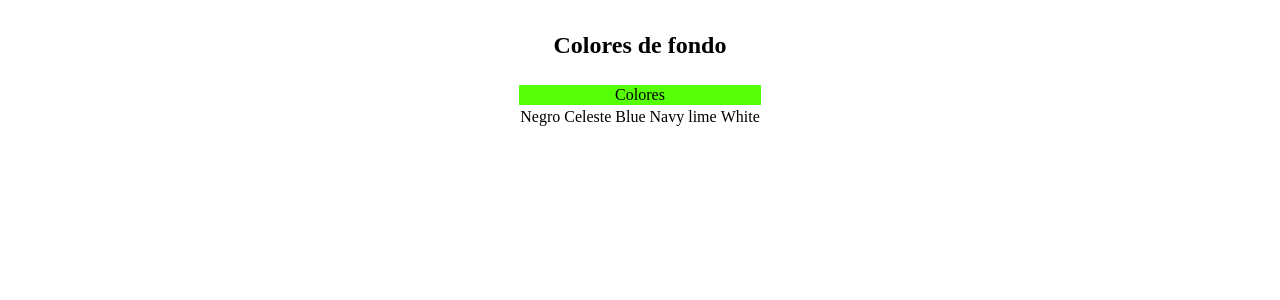
Repository: ThePerez/ArgProg
Page: Practicas ArgProg/Practica 3/Ejercicio 5/index.html
The author's editor kept a copy of each file at every save. The page is drawn from the files as they stood at one save, then again after a run of saves.
The browser window is 1280 px wide. The pictures show the whole page.

Above is the page before, as saved 2023-03-14 12:03:16.

### Practicas ArgProg/Practica 3/Ejercicio 5/index.html
<!DOCTYPE html>
<html lang="en">

<head>
     <meta charset="UTF-8">
     <meta http-equiv="X-UA-Compatible" content="IE=edge">
     <meta name="viewport" content="width=device-width, initial-scale=1.0">
     <title>Ejercicio 5</title>
     <link rel="stylesheet" href="styles.css">
</head>

<body>
     <div class="principal">
          <p id="title">Colores de fondo</p>
          <table class="table">
               <tr>
                    <td id="colores" colspan="7">Colores</td>
               </tr>

               <tr>
                    <td id="black">Negro</td>
                    <td id="celeste">Celeste</td>
                    <td id="blue">Blue</td>
                    <td id="navy">Navy</td>
                    <td id="lime">lime</td>
                    <td id="white">White</td>
               </tr>
          </table>
     </div>
</body>

</html>

### Practicas ArgProg/Practica 3/Ejercicio 5/styles.css
#title{
     font-weight: bold;
     font-size: x-large;
     text-align: center;
}

.principal{
     display: grid;
     place-content: center;
     weig
}

.table{
     border: 1px;
}

#colores{
     background-color: rgb(86, 255, 8);
     text-align: center;
}

After the next 3 saves:
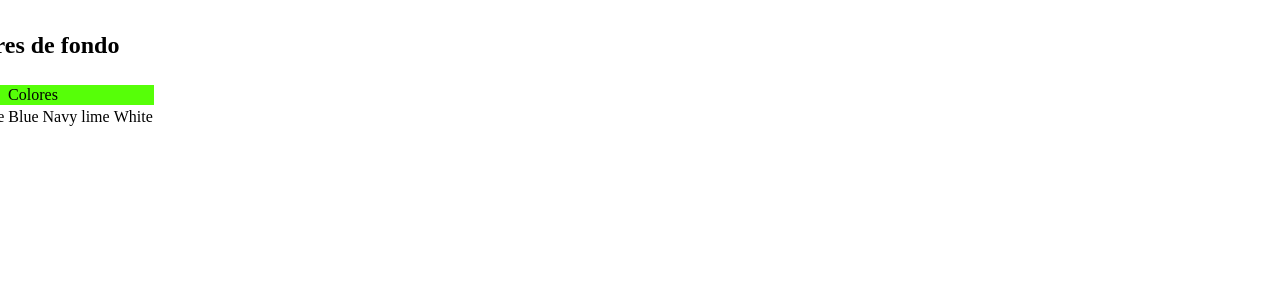
The 3 saves are shown as one change because they came seconds apart.
The last was saved 9 s later.
--- a/Practicas ArgProg/Practica 3/Ejercicio 5/styles.css
+++ b/Practicas ArgProg/Practica 3/Ejercicio 5/styles.css
@@ -7,7 +7,8 @@
 .principal{
      display: grid;
      place-content: center;
-     weig
+     width: 50px
+     ;
 }
 
 .table{
